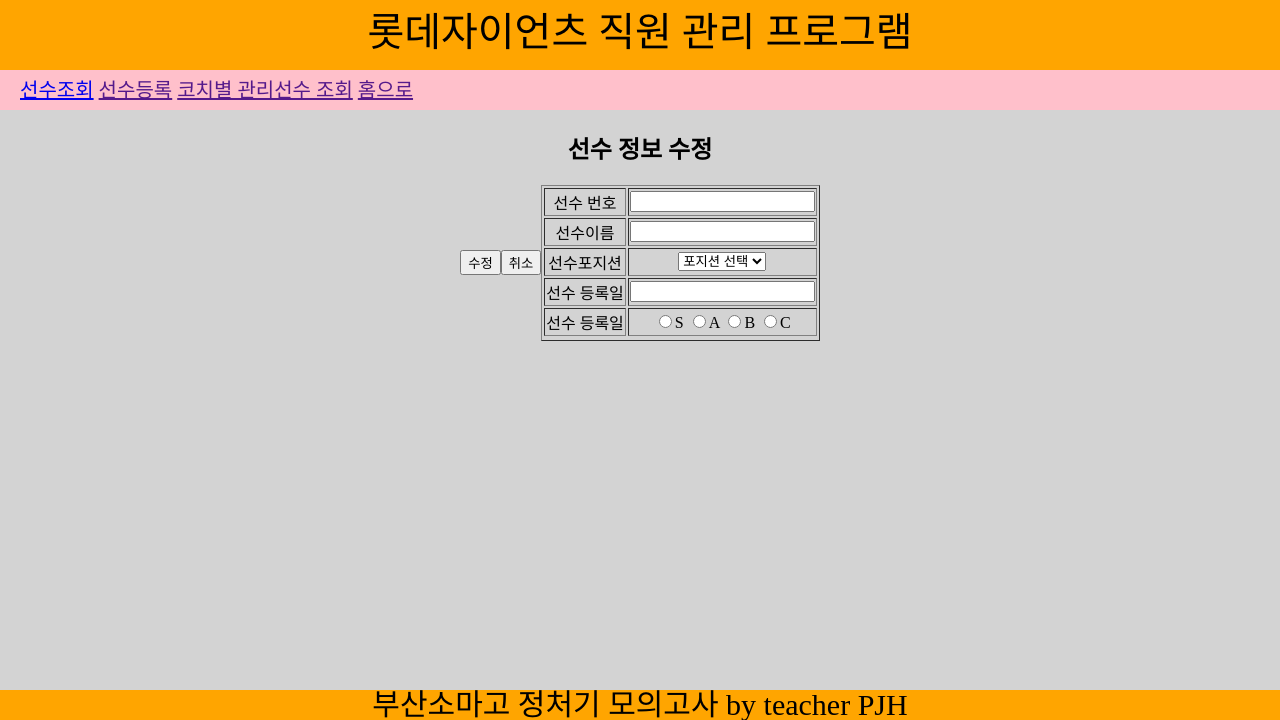
Repository: jeajune0221/information
Page: http://localhost/HRD_2411/update.jsp
These files come from the project's save history. The page is drawn as it stood at one moment and after the next save; the edit follows.
The browser window is 1280 px wide. The pictures show the whole page.
The page is served by Tomcat 9.

Above is the page before, as saved 2026-03-16 11:16:34.

After the next save:
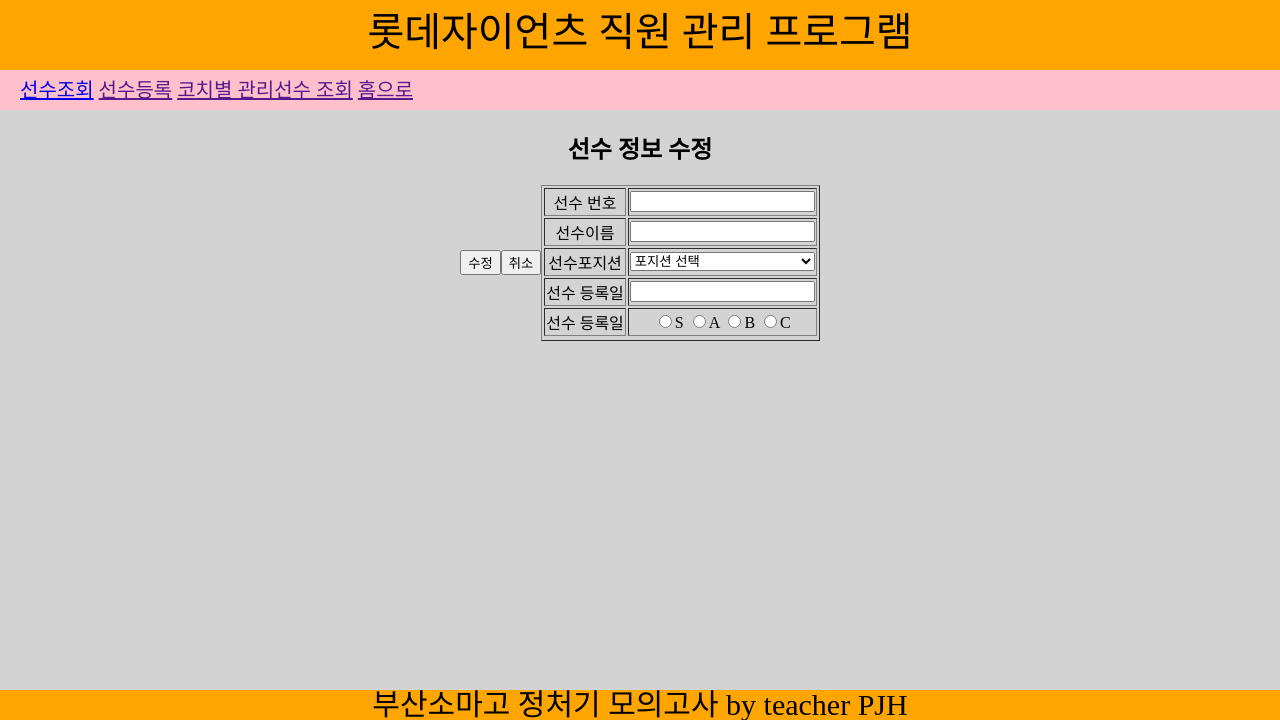
Saved 17 s later.
--- a/hrdkorea/HRD_2411/src/main/webapp/update.jsp
+++ b/hrdkorea/HRD_2411/src/main/webapp/update.jsp
@@ -24,7 +24,7 @@
 <tr>
 <td>선수포지션</td>
 <td>
-<select name ="ppostion">
+<select name ="ppostion" style ="width : 100%">
 <option value ="">포지션 선택</option>
 <option value ="투수">투수</option>
 <option value ="내야수">내야수</option>
